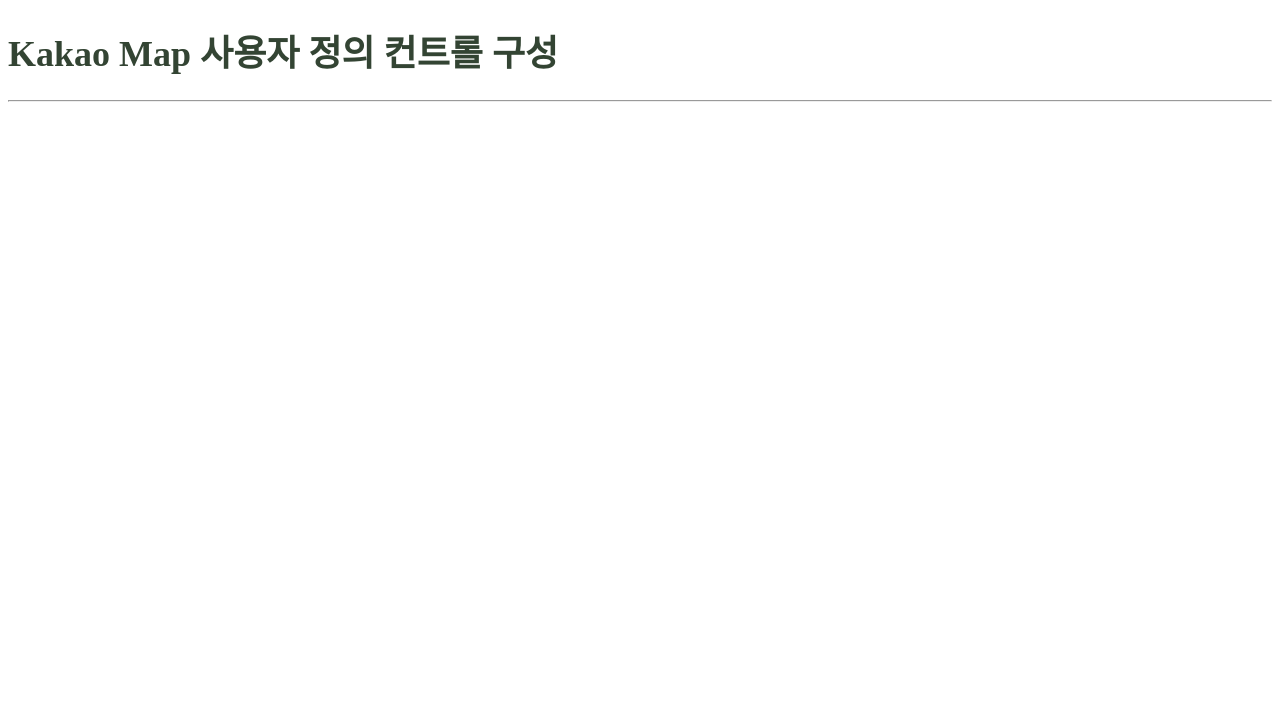
Repository: youngsik0405/KakaoMapStudy
Page: MapApp/WebContent/MapTest008.html
The author's editor kept a copy of each file at every save. The page is drawn from the files as they stood at one save, then again after the next save.
The browser window is 1280 px wide. The pictures show the whole page.

Above is the page before, as saved 2025-03-10 03:36:39.

### MapApp/WebContent/MapTest008.html
<!DOCTYPE html>
<html>
<head>
<meta charset="UTF-8">
<title>MapTest008.html</title>
<link rel="stylesheet" type="text/css" href="css/main.css">
</head>
<body>


<div>
	<h1>Kakao Map 사용자 정의 컨트롤 구성</h1>
	<hr>
</div>

<div class="mapWrap">

	<div id="map" style="width: 100%; height: 400px;"></div>

</div>

</body>
</html>

### MapApp/WebContent/css/main.css
@charset "UTF-8";

/* main.css */

*
{
	font-family: 맑은 고딕;
	color: #334433;
}

body, p, div, span, input, table, th, td, select
{
	font-size: 18px;
}

.control
{
	border: 1px solid gray;
	border-radius: 3px;
}

.table
{
	border-collapse: collapse;
	width: 100%;
}

.table th, .table td
{
	border: 1px solid gray;
	border-left: 0px;
	border-right: 0px;
	padding: 3px;
	line-height: 150%;
}

.table th
{
	font-weight: bold;
	background-color: #eeeeee;
}

.btn
{
	font-weight: bold;
}

.btn:hover
{
	color: white;
	background-color: #778877;
}

After the next save:
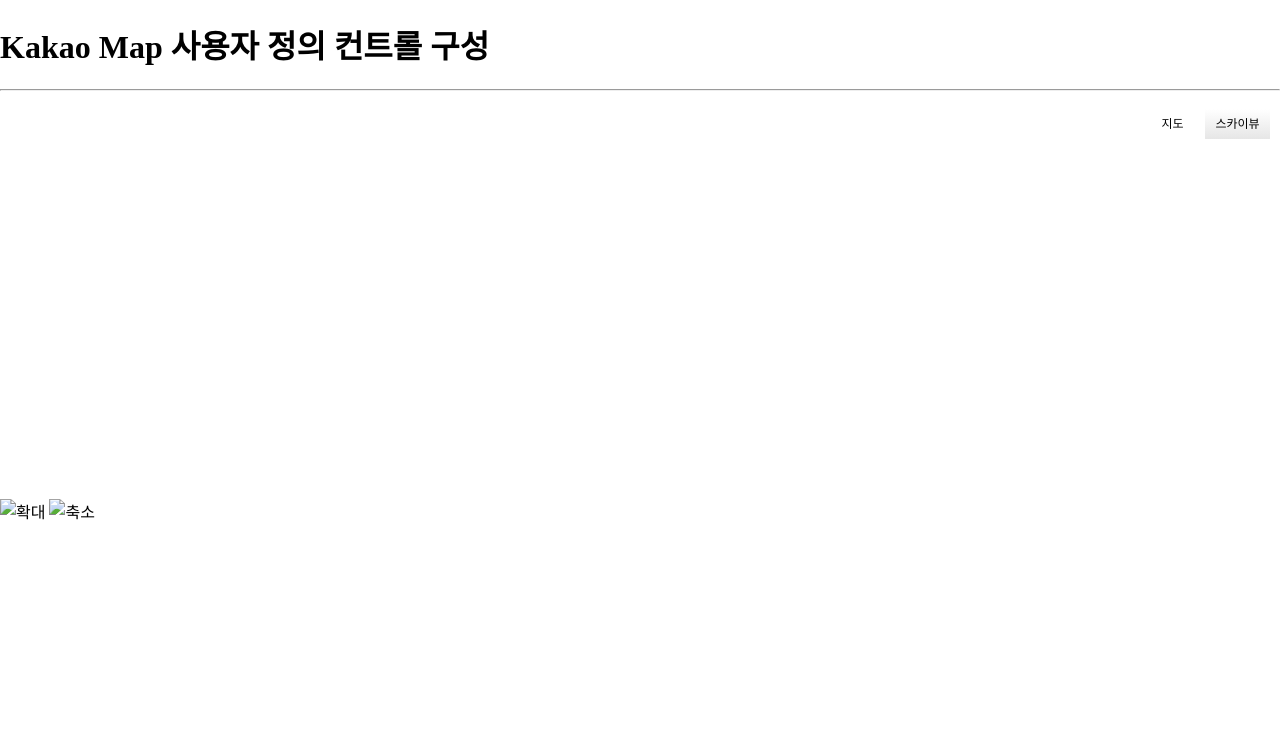
Saved 12 min 10 s later.
--- a/MapApp/WebContent/MapTest008.html
+++ b/MapApp/WebContent/MapTest008.html
@@ -3,7 +3,57 @@
 <head>
 <meta charset="UTF-8">
 <title>MapTest008.html</title>
-<link rel="stylesheet" type="text/css" href="css/main.css">
+<style type="text/css">
+
+	/*기본 스타일*/
+	html, body {width: 100%; height: 100%; margin: 0; padding: 0;}
+
+	/*컨트롤 기본 스타일*/
+	.mapWrap {position: relative; overflow: hidden; width: 100%; height: 450px;}
+	.radiusBoreder {border: 1px solid #919191; border-radius: 5px;}
+
+	/*타입 컨트롤 스타일*/
+	.customTypecontrol
+	{
+		position: absolute;
+		top: 10px;
+		right: 10px;
+		overflow: hidden;
+		width: 130px;
+		height: 30px;
+		margin: 0; padding: 0; z-index: 1;
+		font-size: 12px;
+		font-family: 맑은 고딕;
+	}
+	.customTypecontrol span
+	{
+		display: block;
+		width: 65px;
+		height: 30px;
+		float: left;
+		text-align: center;
+		line-height: 30px;
+		cursor: pointer;
+
+	}
+	.customTypecontrol .btn
+	{
+		background: #fff;
+		background: linear-gradient(#fff, #e6e6e6);
+	}
+	.customTypecontrol .btn:hover
+	{
+		background: #f5f5f5;
+		background: linear-gradient(#f5f5f5, #e3e3e3);
+	}
+	.customTypecontrol .btn:active
+	{
+		background: #e6e6e6;
+		background: linear-gradient(#e6e6e6, #fff);
+	}
+
+</style>
+
 </head>
 <body>
 
@@ -15,7 +65,27 @@
 
 <div class="mapWrap">
 
-	<div id="map" style="width: 100%; height: 400px;"></div>
+	<!-- 지도를 그릴 div -->
+	<div id="map" style="width: 100%; height: 400px; position: relative; overflow: hidden;"></div>
+
+	<!-- 지도 타입 컨트롤 div -->
+	<div class="customTypecontrol radiusBorder">
+		<span id="btnRoadmap" class="selectedBtn">지도</span>
+		<span id="btnSkyview" class="btn">스카이뷰</span>
+	</div>
+
+	<!-- 지도 확대 축소 컨트롤 div -->
+	<div class="customZoomcontrol radiusBorder">
+		<span>
+			<img src="" alt="확대" />
+		</span>
+		<span>
+			<img src="" alt="축소" />
+		</span>
+
+	</div>
+
+
 
 </div>
 
